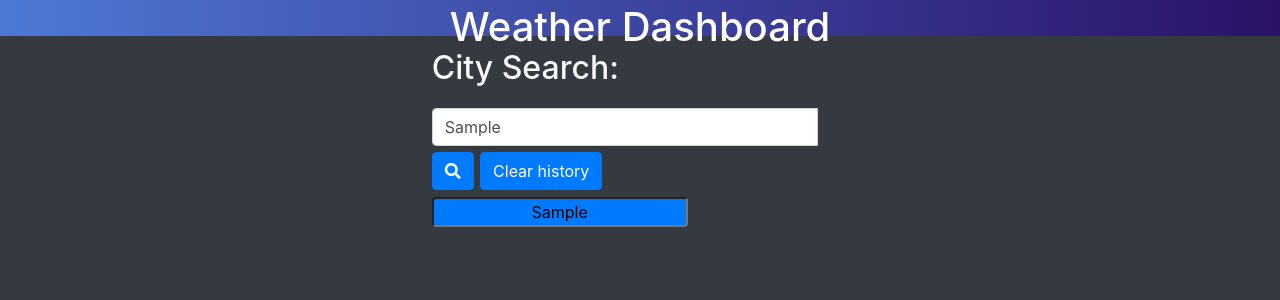
Repository: brenhamp/weather-dashboard
Page: index.html
The author's editor kept a copy of each file at every save. The page is drawn from the files as they stood at one save, then again after the next save.
The browser window is 1280 px wide. The pictures show the whole page.
Empty fields were first filled with sample values (such as "Sample", 5 or name@example.com).
After loading, the first visible `#search-button` was clicked once.
The page's requests for data from a server got no answer. Some web libraries are served in a nearby version.

Above is the page before, as saved 2021-12-12 21:50:18.
Console error (its wording comes from the project's code and is left out).

### index.html
<!DOCTYPE html>
<html lang="en">
<head>
    <meta charset="UTF-8">
    <meta http-equiv="X-UA-Compatible" content="IE=edge">
    <meta name="viewport" content="width=device-width, initial-scale=1.0">
    <link rel="stylesheet" href="./assets/css/style.css">
    <link rel="stylesheet" href="https://stackpath.bootstrapcdn.com/bootstrap/4.3.1/css/bootstrap.min.css" crossorigin="anonymous">
    <link rel="stylesheet" href="https://cdnjs.cloudflare.com/ajax/libs/font-awesome/5.11.2/css/all.min.css">
    <title>Weather Dashboard</title>
</head>
<body class="bg-dark text-light">
    <header class="hero">
        <h1>Weather Dashboard</h1>
    </header>

    <div class="row container-fluid">
        <div class="col-lg-4">
            <h2>City Search:</h2>
            <div class="input-group">
                <input id="city-input" type="text" class="form-control" placeholder="Enter a city" aria-label="Enter a city">
                <div class="input-group append">
                    <button class="btn btn-primary" type="button" id="search-button">
                        <i class="fas fa-search"></i>
                    </button>

                    <button class="btn btn-primary" type="button" id="clear-history">Clear history</button>
                </div>
            </div>

            <form id="history"></form>

        </div>
        <div class="col-lg-9">
            <div class="row text-center">
                <div id="todays-weather">
                    <div>
                        <h2 id="city-name" class="city-name">
                        </h2>
                        <img id="sky">
                        <div id="temperature"></div>
                        <div id="humidity"></div>
                        <div id="wind"></div>
                        <div id="UV"></div>
                    </div>
                </div>
            </div>

            <!-- hide forecast until needed -->
            <div id="five-day-forecast" class="d-none">
                <h3>Five-Day Forecast</h3>
                <div class="row">
                    <div class="forecast"></div>
                    <div class="forecast"></div>
                    <div class="forecast"></div>
                    <div class="forecast"></div>
                    <div class="forecast"></div>
                </div>
            </div>
        </div>
    </div>


    <script src="https://unpkg.com/axios/dist/axios.min.js"></script>
    <script src="./assets/js/script.js"></script>

</body>
</html>

### assets/css/style.css
.hero {
    background-image: linear-gradient(to right, rgb(78, 121, 214), rgb(43, 17, 104));
    height: 5vh;
    text-align: center;
    margin: auto;
    line-height: 5vh;
    color: white
}

h1 {
    line-height: inherit;
    padding: .25vw 0;
}

h2 {
    padding: 1vw 0;
}

h3 {
    padding: 1vw 0 1vw 1vw;
}

.row {
    justify-content: space-around;
}

p {
    text-align: center;
}

button:not(:disabled) {
    margin: 0.5vw 0.5vw 0.5vw 0;
}

#history {
    margin: auto;
}

.forecast {
    padding: .25vw;
    background-color:rgb(113, 113, 246);
    height: 18vh;
    width: 15%;
    border-radius:10px;
}

### assets/js/script.js
function weatherDashboard() {
    //define HTML elements
const city = document.getElementById("city-input");
const search = document.getElementById("search-button");
const clear = document.getElementById("clear-history");
const name = document.getElementById("city-name");
const sky = document.getElementById("sky");
const temp = document.getElementById("temperature");
const humidity = document.getElementById("humidity");
const wind = document.getElementById("wind");
const UV = document.getElementById("UV");
const history = document.getElementById("history");
const forecast = document.getElementById("five-day-forecast");
const todaysWeather = document.getElementById("todays-weather");

    //my API key from OpenWeather
    apiKey = "4f9f2b98f7dbd0bd303f0561775c2890";

    //function to contain all API requests
    function getWeather(cityName) {
        let queryURL = "https://api.openweathermap.org/data/2.5/weather?q=" + cityName + "&units=imperial" + "&appid=" + apiKey;
        axios.get(queryURL)
        .then(function(response) {
            todaysWeather.classList.remove("d-none");

            //retrieve current date for displaying
            currentDate = new Date(response.data.dt * 1000);
            day = currentDate.getDate();
            month = currentDate.getMonth() + 1;
            year = currentDate.getFullYear();

            name.innerHTML = response.data.name + " (" + month + "/" + day + "/" + year +")";

            //display today's weather including sky icon, temp, humidity and wind speed
            let skyImg = response.data.weather[0].icon;
            sky.setAttribute("src", "https://openweathermap.org/img/wn/" + skyImg + "@2x.png");
            sky.setAttribute("alt", response.data.weather[0].description);
            temp.innerHTML = "Temperature: " + response.data.main.temp + " &#176F";
            humidity.innerHTML = "Humidity: " + response.data.main.humidity + "%";
            wind.innerHTML = "Wind Speed: " + response.data.wind.speed + " MPH";

            //get UV index using latitude and longitude
            let lat = response.data.coord.lat;
            let lon = response.data.coord.lon;
            let UVQueryURL = "https://api.openweathermap.org/data/2.5/uvi/forecast?lat=" + lat + "&lon=" + lon + "&units=imperial" + "&appid=" + apiKey + "&cnt=1";
            axios.get(UVQueryURL)
                .then(function (response) {
                    //use span for HTML convenience
                    let UVIndex = document.createElement("span");

                    //change color to indicate mild/moderate/severe UV levels
                    if (response.data[0].value < 4 ) {
                        UVIndex.setAttribute("class", "badge badge-success");
                    }
                    else if (response.data[0].value < 8) {
                        UVIndex.setAttribute("class", "badge badge-warning");
                    }
                    else {
                        UVIndex.setAttribute("class", "badge badge-danger");
                    }
                    //append to HTML
                    UVIndex.innerHTML = response.data[0].value;
                    UV.innerHTML = "UV Index: ";
                    UV.append(UVIndex);
        });

           //five-day forecast script
           let cityID = response.data.id;
           let forecastQueryURL = "https://api.openweathermap.org/data/2.5/forecast?id=" + cityID + "&units=imperial" + "&appid=" + apiKey;
           axios.get(forecastQueryURL)
               .then(function (response) {
                   //when query is sent, show the forecast elements
                   forecast.classList.remove("d-none");

                       //select all forecast divs and assign future dates to them in order
                       const forecastEls = document.querySelectorAll(".forecast");
                       for (i = 0; i < forecastEls.length; i++) {
                           forecastEls[i].innerHTML = "";
                           const forecastIndex = i * 8 + 4;
                           const forecastDate = new Date(response.data.list[forecastIndex].dt * 1000);
                           const forecastDay = forecastDate.getDate();
                           const forecastMonth = forecastDate.getMonth() + 1;
                           const forecastYear = forecastDate.getFullYear();
                           const forecastDateEl = document.createElement("p");
                           forecastDateEl.setAttribute("class", "mt-3 mb-0 forecast-date");
                           forecastDateEl.innerHTML = forecastMonth + "/" + forecastDay + "/" + forecastYear;
                           forecastEls[i].append(forecastDateEl);

                           //append sky icons and weather info to each future day forecast
                           const forecastSky = document.createElement("img");
                           forecastSky.setAttribute("src", "https://openweathermap.org/img/wn/" + response.data.list[forecastIndex].weather[0].icon + "@2x.png");
                           forecastSky.setAttribute("alt", response.data.list[forecastIndex].weather[0].description);
                           forecastSky.setAttribute("class", "mx-auto text-center d-flex");
                           forecastEls[i].append(forecastSky);
                           const forecastTempEl = document.createElement("p");
                           forecastTempEl.innerHTML = "Temp: " + response.data.list[forecastIndex].main.temp + " &#176F";
                           forecastEls[i].append(forecastTempEl);
                           const forecastHumidityEl = document.createElement("p");
                           forecastHumidityEl.innerHTML = "Humidity: " + response.data.list[forecastIndex].main.humidity + "%";
                           forecastEls[i].append(forecastHumidityEl);
                       }
                    })
    });
}

    //search history functionality
    let searchHistory = JSON.parse(localStorage.getItem("search")) || [];

    function renderSearchHistory () {
        //start off blank
        history.innerHTML = "";
        //create new history item each time a city name is submitted
        for (let i = 0; i < searchHistory.length; i++) {
            const historyEl = document.createElement("input");
                historyEl.setAttribute("type", "text");
                historyEl.setAttribute("readonly", true);
                historyEl.setAttribute("class", "d-inline-block text-center align-center rounded bg-primary");
                historyEl.setAttribute("value", searchHistory[i]);
                historyEl.addEventListener("click", function() {
                getWeather(historyEl.value);
            })
            history.append(historyEl);
        }
    }

    //initial call for history function
    renderSearchHistory();

    //listener for search; save searches to localStorage
    search.addEventListener("click",  function () {
        searchTerm = city.value;
        getWeather(searchTerm);
        searchHistory.push(searchTerm);
        localStorage.setItem("search", JSON.stringify(searchHistory));
        renderSearchHistory();
    })


    //listener for clear button; clear localStorage and leave search array blank
    clear.addEventListener("click", function () {
        localStorage.clear();
        searchHistory = [];
        renderSearchHistory();
    })


};

//initialize javascript
weatherDashboard ();

After the next save:
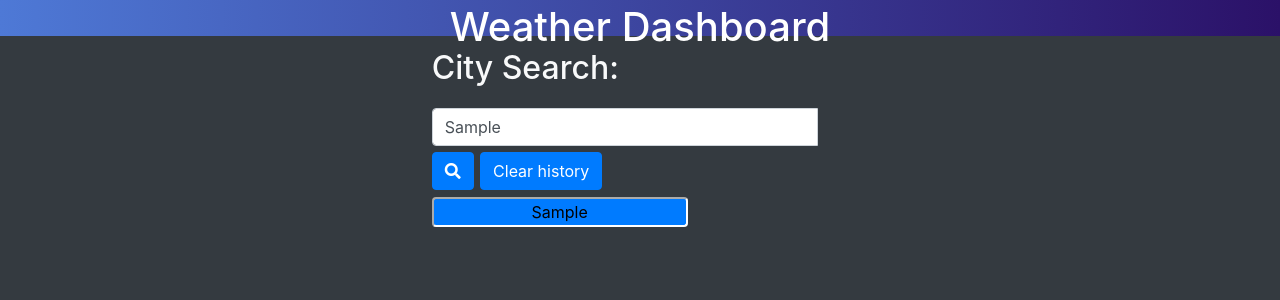
Saved 39 s later.
--- a/assets/js/script.js
+++ b/assets/js/script.js
@@ -114,7 +114,7 @@ const todaysWeather = document.getElementById("todays-weather");
             const historyEl = document.createElement("input");
                 historyEl.setAttribute("type", "text");
                 historyEl.setAttribute("readonly", true);
-                historyEl.setAttribute("class", "d-inline-block text-center align-center rounded bg-primary");
+                historyEl.setAttribute("class", "d-inline-block text-center align-center rounded bg-primary border-white");
                 historyEl.setAttribute("value", searchHistory[i]);
                 historyEl.addEventListener("click", function() {
                 getWeather(historyEl.value);
